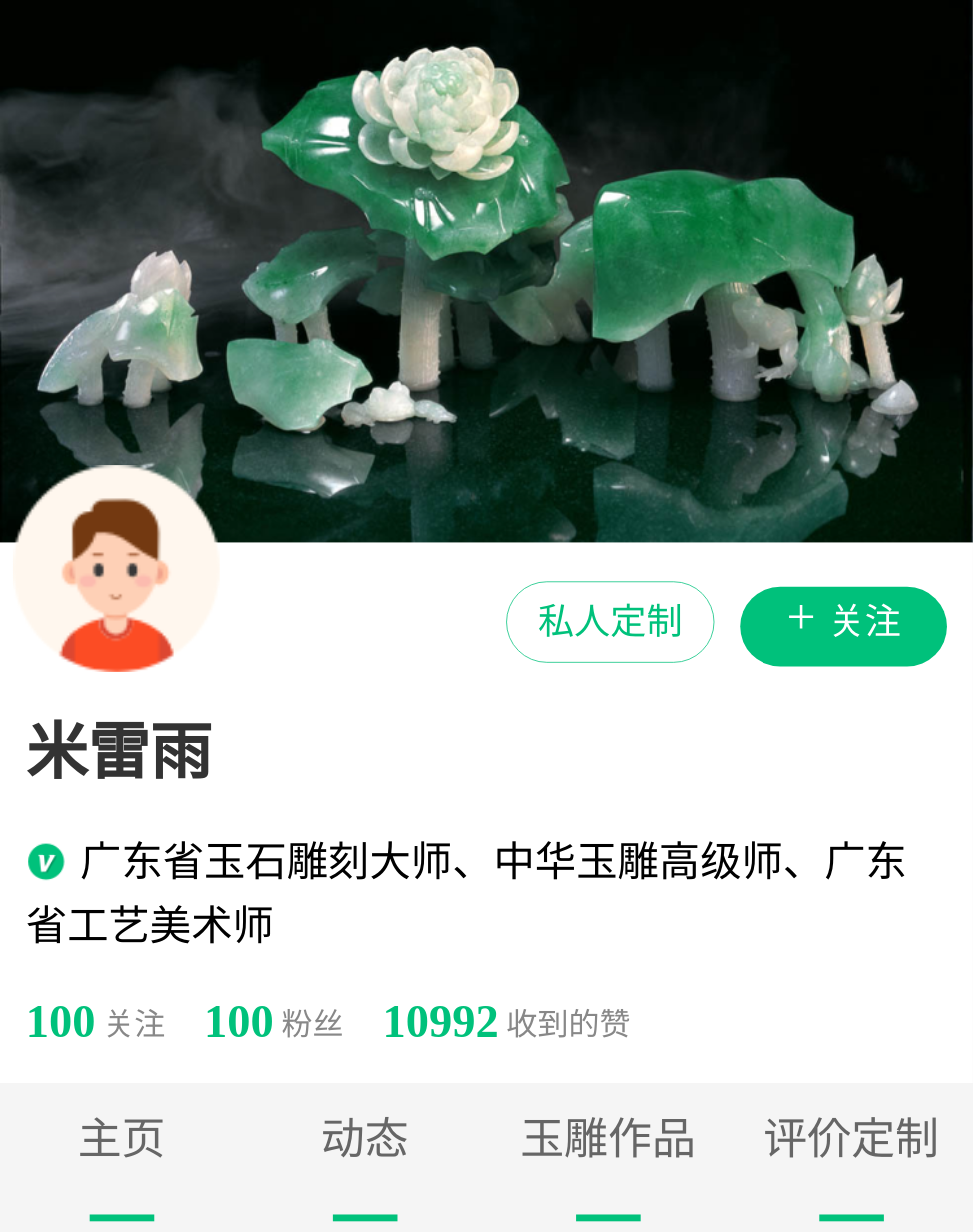
Repository: 1yanglulu/-
Page: html/jadecarvemaincenter.html
An editor plug-in stored every save of this project. The page is shown before and after the next save, followed by the edit.
The browser window is 1280 px wide. The pictures show the whole page, at 76% of full size.

Above is the page before, as saved 2020-01-07 15:22:27.

### html/jadecarvemaincenter.html
<!DOCTYPE html>
<html lang="en">
<head>
  <meta charset="UTF-8">
  <meta name="viewport" content="width=device-width, user-scalable=no, initial-scale=1.0, maximum-scale=1.0, minimum-scale=1.0">
  <meta http-equiv="X-UA-Compatible" content="ie=edge">
  <title>玉雕师详情</title>
  <link rel="stylesheet" href="../css/common.css">
  <link rel="stylesheet" href="../css/jadecarvemaincenter.css">
</head>
<body class="bac-color">
  <div class="jade-main-center  bac-color">
    <div class="top-banner">
      <img src="../images/mainbac.png" alt="" class="banner-bac">
    </div>
    <div class="avatar-box">
      <img src="../images/defaultImg.png" alt="" class="default-img">
      <div class="btn-box fn">
        <a href="javascript:void(0);" class="self-made">私人定制</a>
        <div class="follow-btn"><span class="add-icon">+</span>关注</div>
      </div>
      <div class="jade-name">
        米雷雨
      </div>
      <div class="jade-introduce fn">
        <img src="../images/vipicon.png" alt="vip" class="vip-icon">
        <span class="touxian">广东省玉石雕刻大师、中华玉雕高级师、广东省工艺美术师</span>
      </div>
      <div class="jade-hot-num">
        <span class="for-num">100</span>关注<span class="for-num">100</span>粉丝<span class="for-num">10992</span>收到的赞
      </div>
    </div>
    <div class="jade-tab clearfix">
      <div class="jade-tab-item fl  fn">
        <span>主页</span>
        <div class="tab-line"></div>
      </div>
      <div class="jade-tab-item fl  fn">
        <span>动态</span>
        <div class="tab-line"></div>
      </div>
      <div class="jade-tab-item fl  fn">
        <span>玉雕作品</span>
        <div class="tab-line"></div>
      </div>
      <div class="jade-tab-item fl  fn">
        <span>评价定制</span>
        <div class="tab-line"></div>
      </div>
    </div>
  </div>
  <script src="../js/jquery-3.3.1.min.js"></script>
  <script src="../js/rem.js"></script>
  <script src="../js/jadecarvemaincenter.js"></script>
  <script></script>
</body>
</html>

### css/common.css
h2,body,div,html,ul,li,a,img{
  margin: 0;
  padding: 0;
}
a,img{
  display:block;
}
.fn{
  font-size:0;
}
ul{
  margin-block-start: 0;
  margin-block-end: 0;
  padding-inline-start: 0;
}
ul li{
  list-style: none;
}
a{
  text-decoration: none;
}
.clearfix:after{/*伪元素是行内元素 正常浏览器清除浮动方法*/
  content: "";
  display: block;
  height: 0;
  clear:both;
  visibility: hidden;
}
.clearfix{
  *zoom: 1;/*ie6清除浮动的方式 *号只有IE6-IE7执行，其他浏览器不执行*/
}
.fl{
  float: left;
}
.fr{
  float:right;
}
.bac-color{
  /* background:rgb(248,248,248); */
  background: #f5f5f5;
}

### css/jadecarvemaincenter.css
.jade-main-center{
  width: 100%;
}
.top-banner{
  background: #fff;
}
.banner-bac{
  width: 100%;
  height: 4.2rem;
  display: block
}
.default-img{
  width: 1.6rem;
  height: 1.6rem;
}
.avatar-box{
  position: relative;
  background: #fff;
}
.default-img{
  position: absolute;
  left:.1rem;
  top:-.6rem;

}
.avatar-box{
  padding:0 .2rem 0.3rem;
}
.btn-box{
  text-align: right;
  padding: .3rem 0;
}
.self-made{
  display: inline-block;
  padding: 0 .24rem;
  text-align: center;
  line-height: .62rem;
  border: 1px solid #00C17B;
  border-radius:.33rem;
  background: #fff;
  font-size: .28rem;
  color: #00C17B;
  margin-right: .2rem;
}
.follow-btn{
  width: 1.6rem;
  height: .62rem;
  text-align: center;
  background: #00C17B;
  border-radius:.33rem;
  font-size: .28rem;
  color: #FFFFFF;
  display: inline-block;
}
.add-icon{
  font-size: .4rem;
  color: #FFFFFF;
  margin-right: .1rem;
}
.jade-name{
  font-size: .48rem;
  color: #333333;
  line-height: .58rem;
  text-align: left;
  margin-top: .08rem;
  font-weight: bold;
  margin-bottom: .3rem;
  background: #fff;
}
.jade-introduce{
  margin-bottom: .3rem;
  background: #fff;
}
.vip-icon{
  width: .32rem;
  height: .32rem;
  display: inline-block;
  margin-right: .1rem;
  vertical-align: middle;
}
.touxian{
  font-size: .32rem;
  color: #000000;
  line-height: .5rem;
  vertical-align: middle;
}
.jade-hot-num{
  font-size: .24rem;
  color: #888888;
  text-align: center;
  text-align: left;
  background: #fff;
}
.jade-hot-num .for-num{
  font-size: .36rem;
  color: #00C17B;
  text-align: center;
  font-weight: bold;
  margin-left: .3rem;
  vertical-align: bottom;
  line-height: 0.36rem;
  margin-right: .06rem;
}
.jade-hot-num .for-num:first-child{
  margin-left: 0;
}
.jade-tab{
  height: 1rem;
}
.jade-tab .jade-tab-item{
  width: 25%;
  height: 100%;
  text-align: center;
  font-size: .34rem;
  color: #666666;
  padding-top: .2rem;
  box-sizing: border-box;
}
.jade-tab .jade-tab-item>span{
  display: block;
  text-align: center;
  line-height: .48rem;
  margin-bottom: .08rem;
}
.tab-line{
  width: .5rem;
  height: .05rem;
  background: #00C17B;
  display: inline-block;
}

### js/rem.js
(function (doc, win) {
    var docEl = doc.documentElement,
        resizeEvt = 'orientationchange' in window ? 'orientationchange' : 'resize',
        recalc = function () {
            var clientWidth = docEl.clientWidth;
            if (!clientWidth) return;
            docEl.style.fontSize =Math.floor(100*(clientWidth / 750))+ 'px';
        };
    if (!doc.addEventListener) return;
    win.addEventListener(resizeEvt, recalc, false);
    doc.addEventListener('DOMContentLoaded', recalc, false);
})(document,window);

Loaded but not shown: js/jquery-3.3.1.min.js (library); js/jadecarvemaincenter.js (no stored copy; drawn as an empty file)

After the next save:
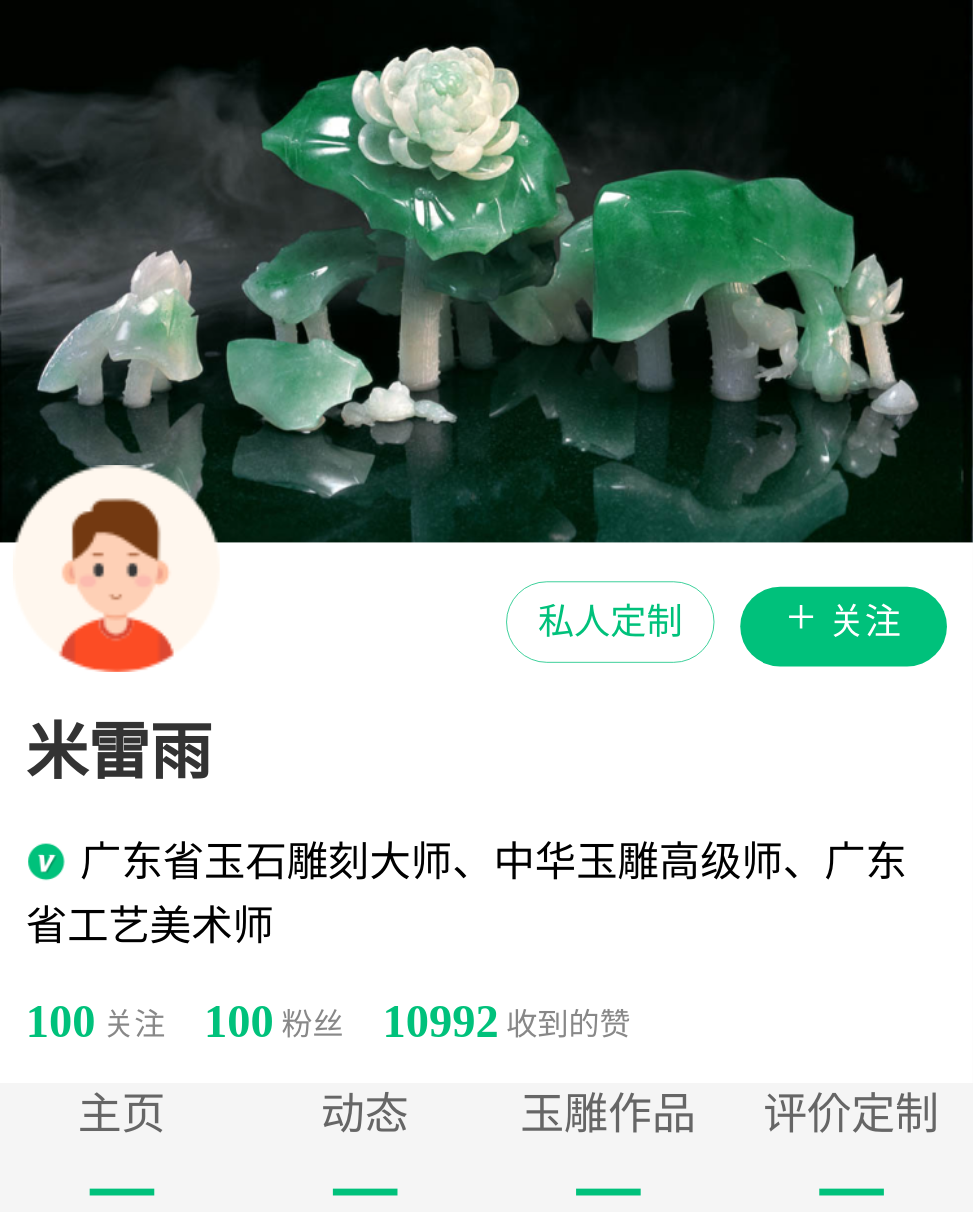
Saved 55 s later.
--- a/css/jadecarvemaincenter.css
+++ b/css/jadecarvemaincenter.css
@@ -113,8 +113,6 @@
   text-align: center;
   font-size: .34rem;
   color: #666666;
-  padding-top: .2rem;
-  box-sizing: border-box;
 }
 .jade-tab .jade-tab-item>span{
   display: block;
